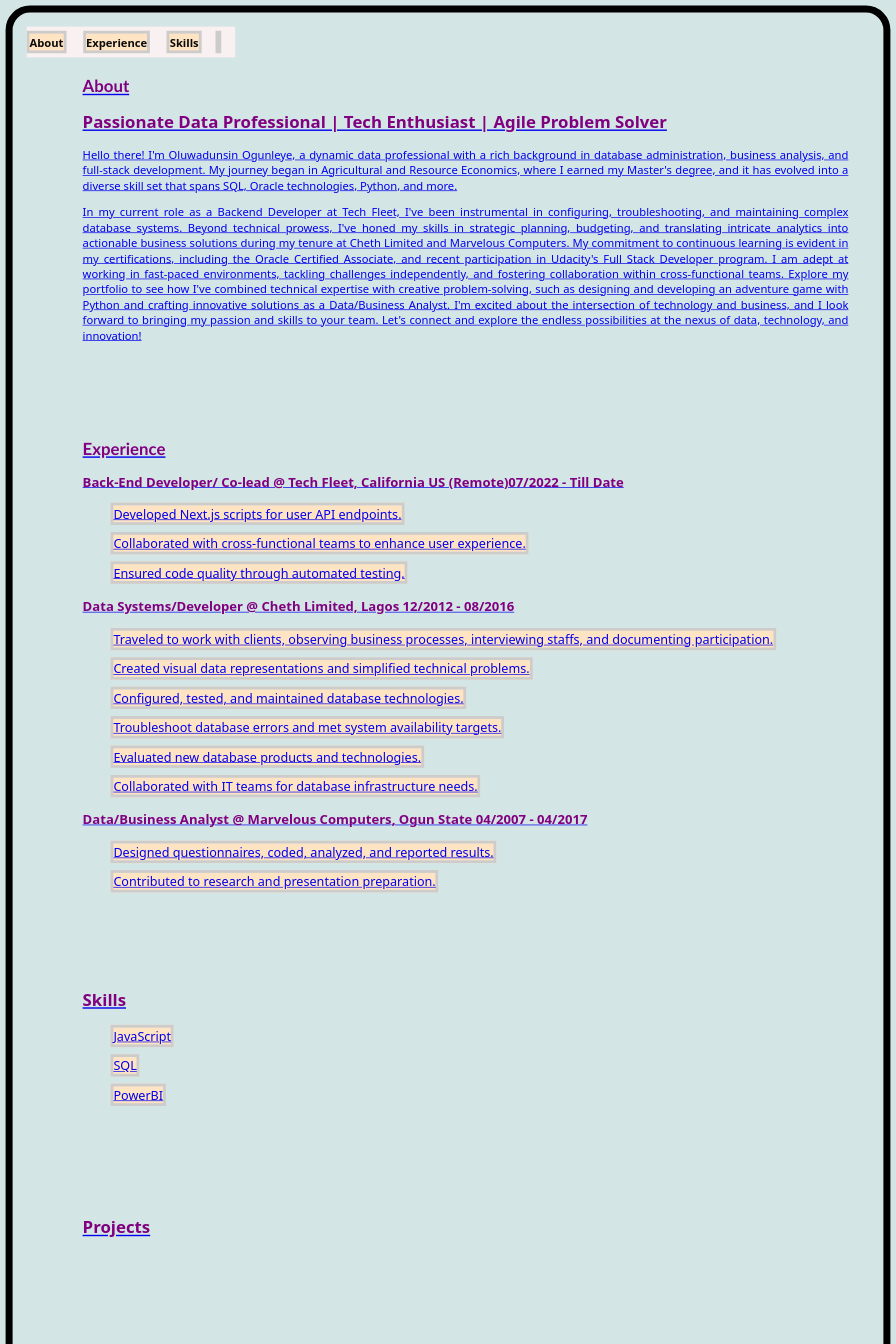
Repository: aloroduns/intro-to-programming-2023
Page: index.html
An editor plug-in stored every save of this project. The page is shown before and after a run of saves, followed by the edit.
The browser window is 1280 px wide. The pictures show the part of the page from y = 0 to 1920 px (the page is 2645 px tall), at 70% of full size.
The page's requests for data from a server got no answer.

Above is the page before, as saved 2024-01-23 12:55:56.

After the next 4 saves:
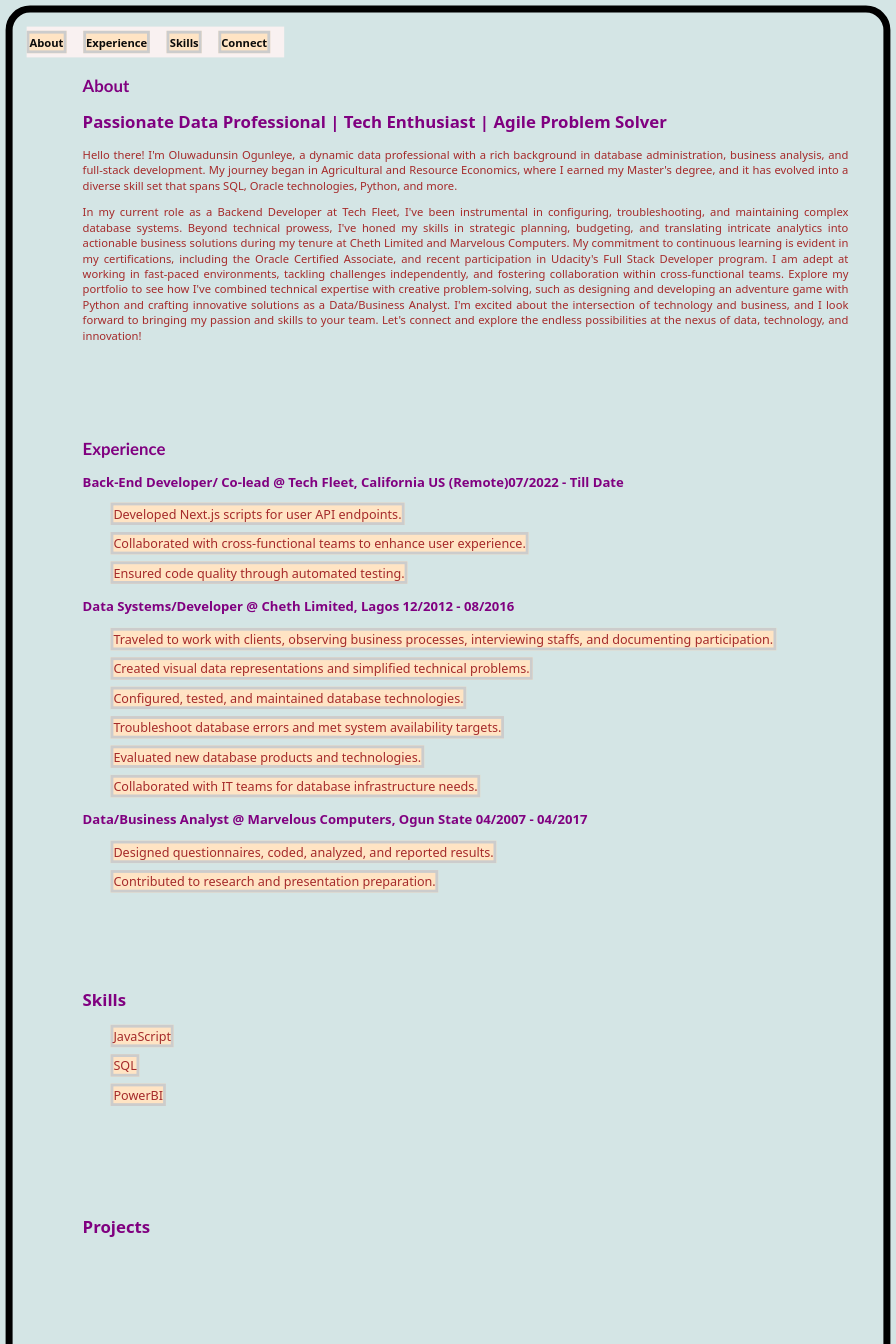
The 4 saves are shown as one change because they came seconds apart.
The last was saved 13 s later.
--- a/index.html
+++ b/index.html
@@ -16,7 +16,7 @@
                     <li><a href="#about">About</a></li>
                     <li><a href="#experience">Experience</a></li>
                     <li><a href="#skills">Skills</a></li>
-                    <li><a href="#connect"</li>
+                    <li><a href="#connect">Connect</a></li>
                 </ul>
             </nav>
         </header>
